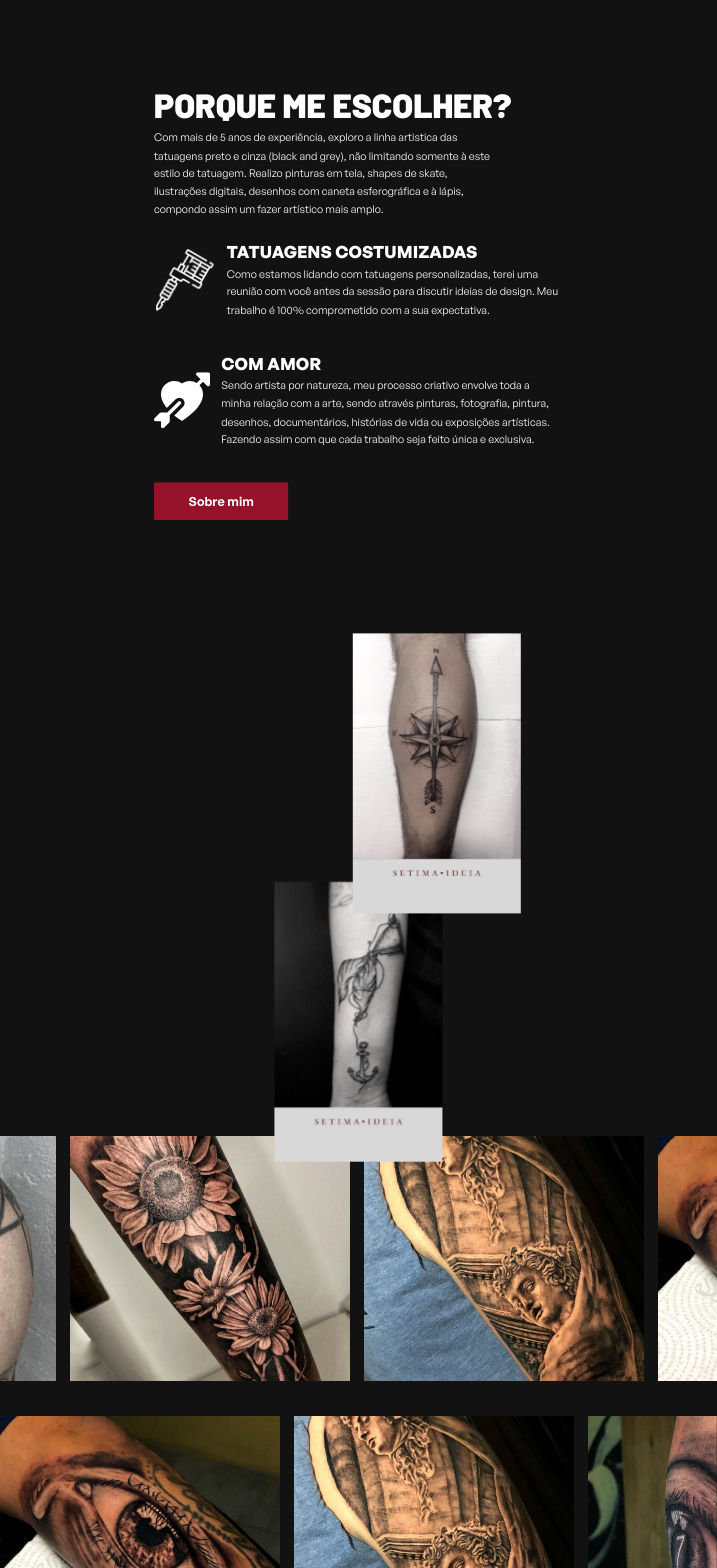
Repository: Leoka2000/S-tima-Ideia
Page: /
These files come from the project's save history. The page is drawn as it stood at one moment and after the next save; the edit follows.
The browser window is 1024 px wide. The pictures show the part of the page from y = 897 to 3137 px (the page is 8930 px tall), at 70% of full size.
Backgrounds fixed to the window are drawn as part of the page. The project was rebuilt for these pictures with package versions that can differ from the ones it lists, and the page was loaded fresh each time. Some packages were replaced by stand-ins written for this rebuild. Also part of the build but not shown: src/pages/main/instagram/instagram.css, src/pages/main/instagram/instagram.jsx, src/App.css, src/pages/portfolio/portfolio.css, src/data/database-common.js, src/pages/portfolio/loop-content.jsx, src/pages/portfolio/portfolio.jsx, src/pages/portfolio/index.jsx and 2 more. Imported but missing from the stored project, and not drawn on this page: src/assets/videos/cauan-video.mp4.

Above is the page before, as saved 2023-05-22 21:09:39.

After the next save:
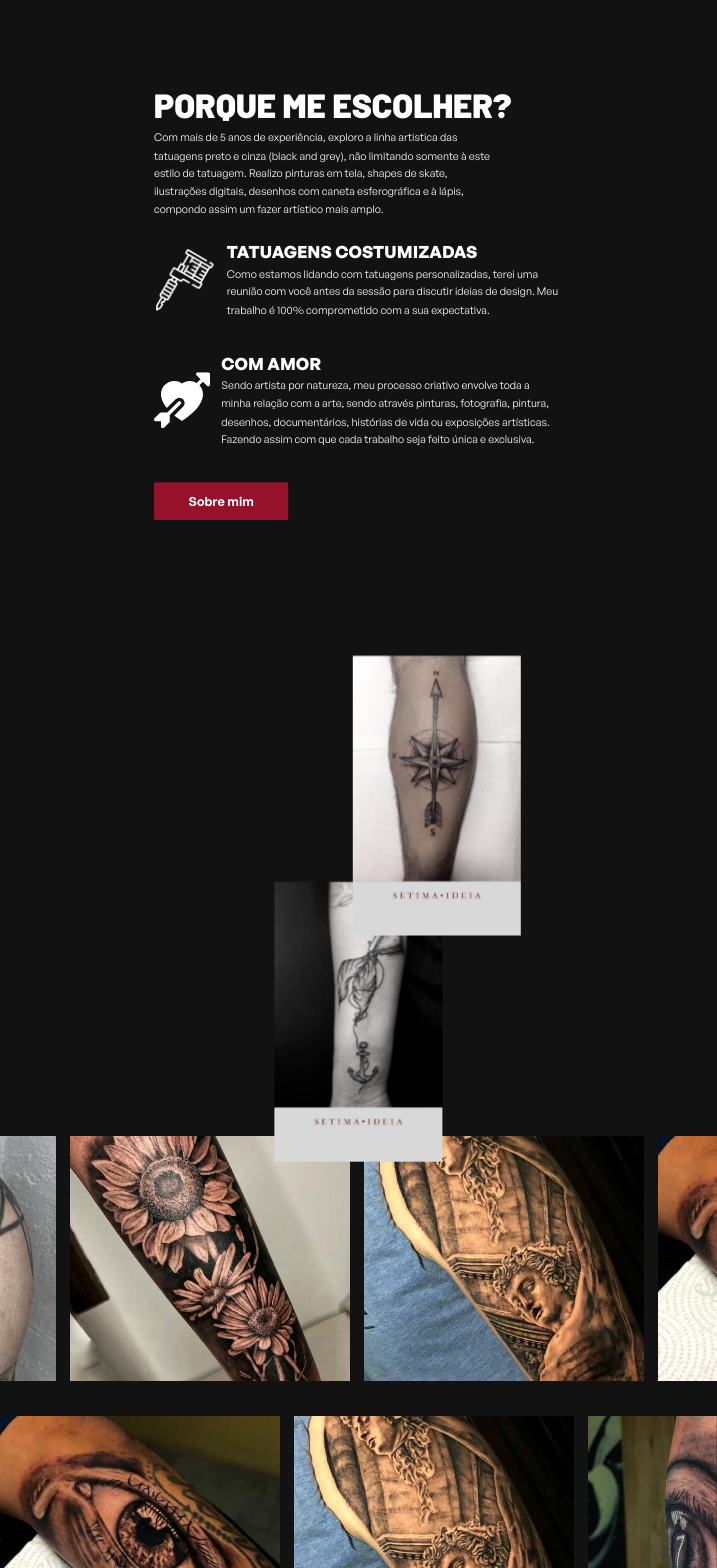
Saved 4 s later.
--- a/src/pages/main/about/about.css
+++ b/src/pages/main/about/about.css
@@ -181,7 +181,7 @@ color: #fff;
         background-image: url("../../../assets/images/about-img.jpg");
         z-index: 5;
         position: absolute;
-      top:6rem;
+      top:8rem;
       height: 25rem;
       left: 12rem;
       width: 15rem;
